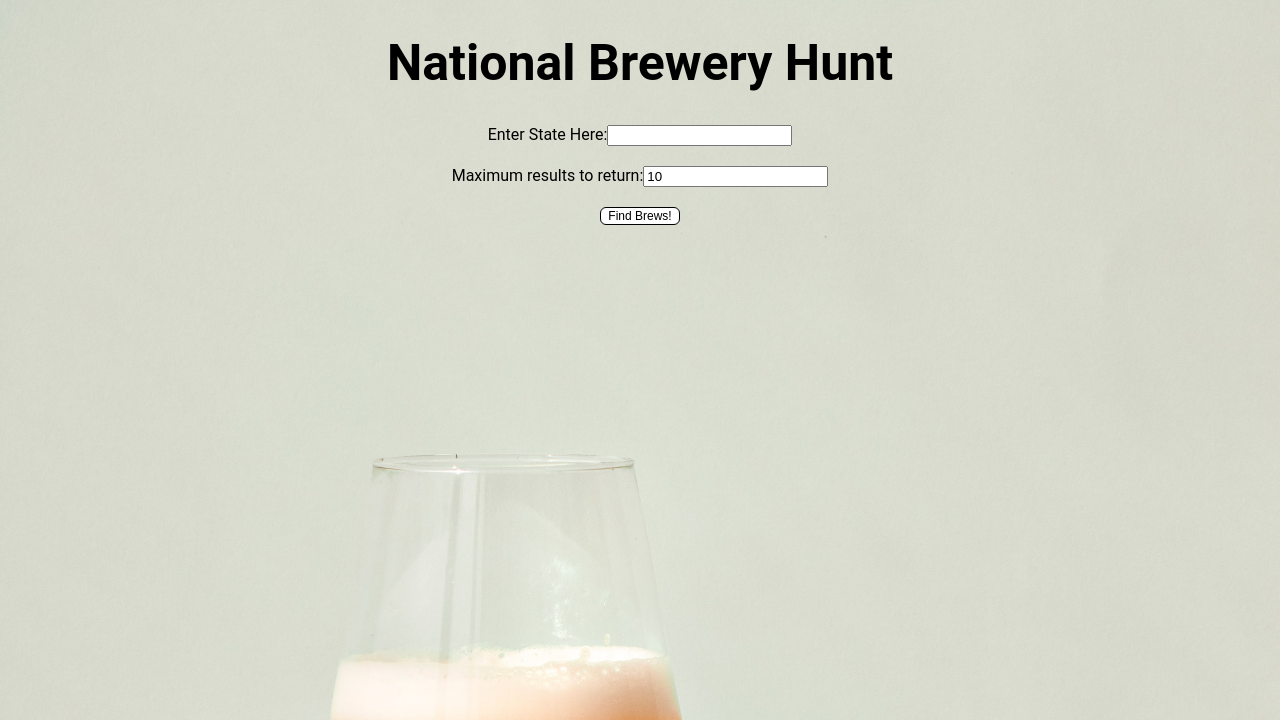
Repository: kaitlynMidori/searchBrews
Page: index.html
These files come from the project's save history. The page is drawn as it stood at one moment and after the next save; the edit follows.
The browser window is 1280 px wide. The pictures show the whole page.

Above is the page before, as saved 2021-04-24 11:31:09.

After the next save:
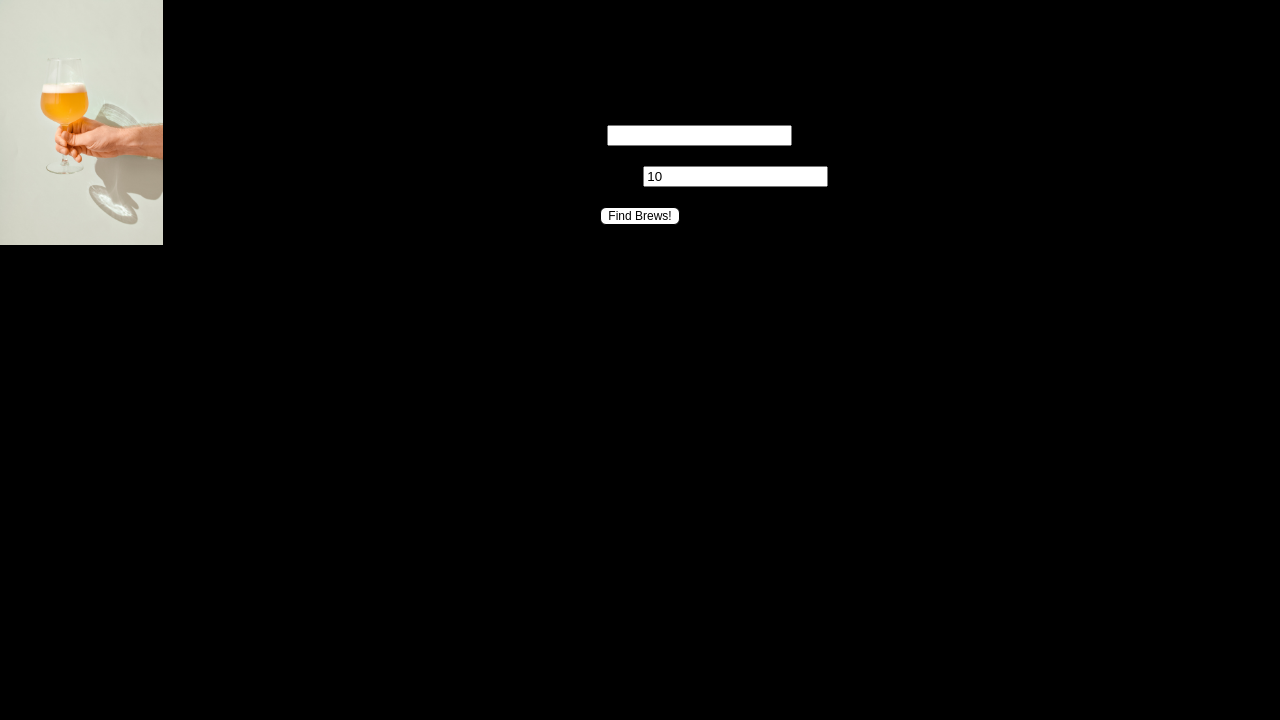
Saved 24 s later.
--- a/style.css
+++ b/style.css
@@ -6,7 +6,7 @@
     /* background: cover; */
     background-image: url("screenshots/beer.jpg");
     background-repeat: no-repeat;
-    background-size: cover;
+    background-size: contain;
     background-color: black;
 }
 

After the save that followed:
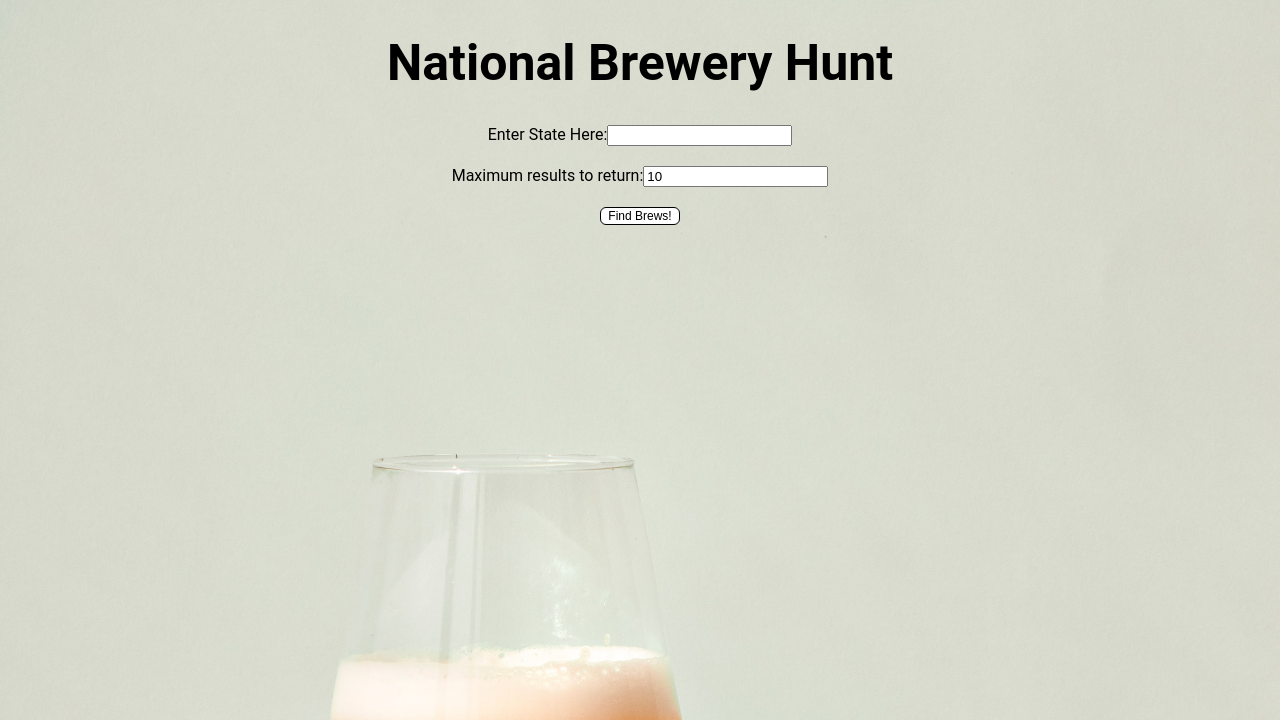
Saved 11 s later.
--- a/style.css
+++ b/style.css
@@ -6,7 +6,7 @@
     /* background: cover; */
     background-image: url("screenshots/beer.jpg");
     background-repeat: no-repeat;
-    background-size: contain;
+    background-size: cover;
     background-color: black;
 }
 
